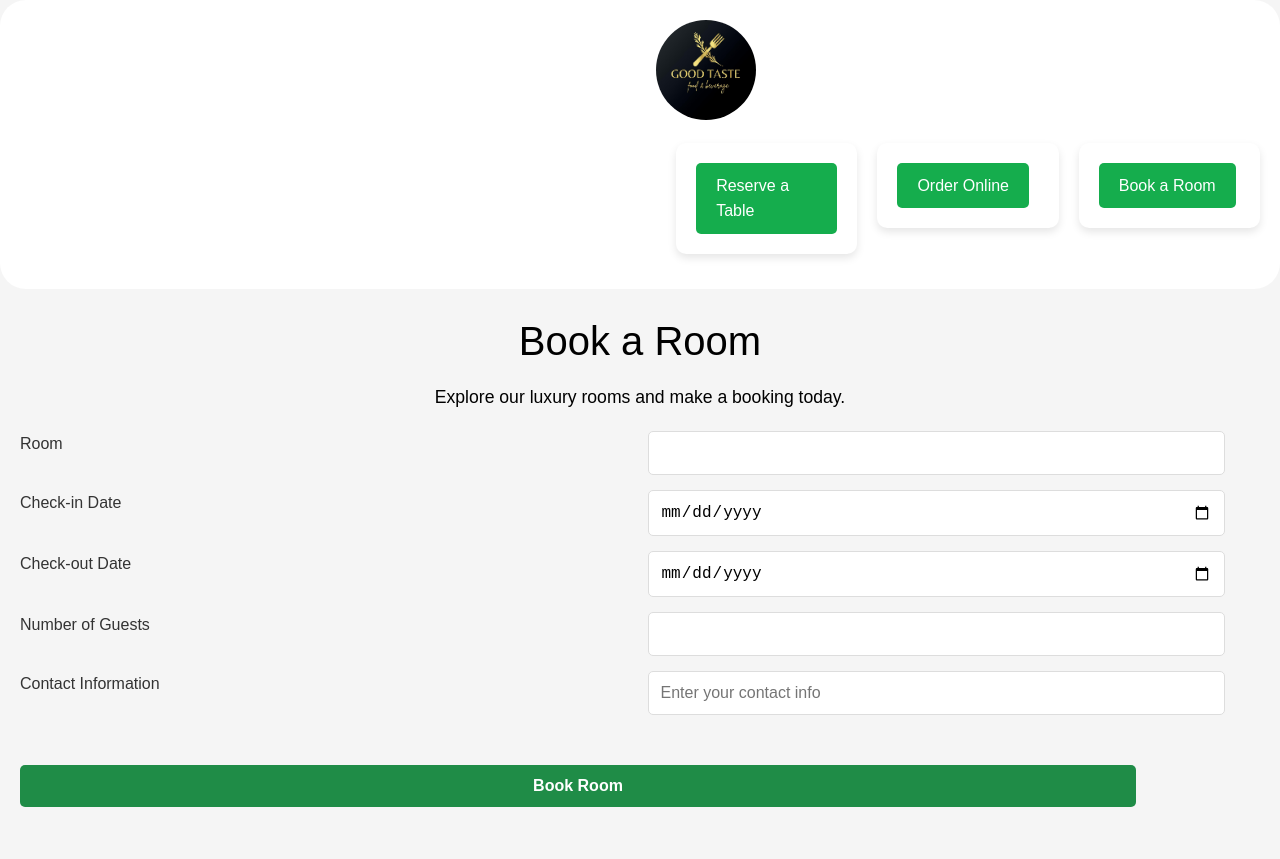
Repository: malingubarnice/Online-Reservation-System
Page: seperate_room.html
The author's editor kept a copy of each file at every save. The page is drawn from the files as they stood at one save, then again after the next save.
The browser window is 1280 px wide. The pictures show the whole page.

Above is the page before, as saved 2025-04-03 18:36:55.
Console error: TypeError: Cannot read properties of null (reading 'addEventListener')

### seperate_room.html
<!DOCTYPE html>
<html lang="en">
<head>
    <meta charset="UTF-8">
    <meta name="viewport" content="width=device-width, initial-scale=1.0">
    <title>Book a Room</title>
    <link rel="stylesheet" href="styles.css"> <!-- Link your existing CSS -->
</head>
<body>
    <header>
        <h1>Book a Room</h1>
        <!-- Navigation Bar -->
     <div class="logo">
      <img src="assets/logo.jpg" alt="Copper Ivy Logo">
        <!-- Features Section -->
  <section class="features">
    <div class="feature">
      <a href="#reservations" class="btn">Reserve a Table</a>
    </div>
    <div class="feature">
      <a href="#menu" class="btn">Order Online</a>
    </div>
    <div class="feature">
      <a href="#rooms" class="btn">Book a Room</a>
    </div>
  </section>

     </div>

  </header>







    <!-- Rooms Section -->
    <section id="rooms">
        <h1>Book a Room</h1>
        <p>Explore our luxury rooms and make a booking today.</p>

        <div class="room-list">
            <!-- Room cards dynamically loaded -->
        </div>

        <!-- Booking Form -->
        <div class="reservation-form">
            <form action="send_room.php" method="post">
                <!-- Hidden input for room ID -->
                <input type="hidden" id="room_id" name="room_id">

                <label for="room-selection">Room</label>
                <input type="text" id="room-selection" name="room_name" readonly>

                <label for="check-in-date">Check-in Date</label>
                <input type="date" id="check-in-date" name="check_in_date" required>

                <label for="check-out-date">Check-out Date</label>
                <input type="date" id="check-out-date" name="check_out_date" required>

                <label for="guest-count">Number of Guests</label>
                <input type="number" id="guest-count" name="guest_count" min="1" required>

                <label for="contact-info">Contact Information</label>
                <input type="text" id="contact-info" name="contact-info" placeholder="Enter your contact info" required>

                <p id="price-display"></p>
                <input type="hidden" id="price" name="price">

                <button type="submit" class="reserve-btn">Book Room</button>
            </form>
        </div>
    </section>

    <script>
        document.addEventListener("DOMContentLoaded", function () {
            let today = new Date().toISOString().split("T")[0];

            // Set min date for reservations
            document.getElementById("check-in-date").setAttribute("min", today);

            // Update checkout date when check-in date is selected
            document.getElementById("check-in-date").addEventListener("change", function () {
                let checkInDate = this.value;
                document.getElementById("check-out-date").setAttribute("min", checkInDate);
            });
        });
    </script>

    <script src="roomjs.js"></script>

</body>
</html>

### styles.css
/* General Reset */
body, h1, h2, p, ul, li, a, button {
    margin: 0;
    padding: 0;
    box-sizing: border-box;
}

/* Body and Layout */
body {
    font-family: 'Arial', sans-serif;
    line-height: 1.6;
    background-color: #f5f5f5;
    color: #333;
}

/* Header */
header {
    display: flex;
    justify-content: space-between;
    align-items: center;
    padding: 20px;
    background: white;
    color: #fff;
    border-bottom: 2px solid #c4ccd4;
    border-radius: 26px;
    border-style: none;
}

header .logo img {
    height: 100px;
    border-radius: 50px;
}

header nav ul {
    display: flex;
    list-style: none;
}

header nav ul li {
    margin-left: 25px;
}

header nav ul li a {
    color: rgb(10, 10, 10);
    text-decoration: none;
    font-size: 25px;
    font-weight: 500;
    transition: color 0.3s;
}

header nav ul li a:hover {
    color: #eb2630;
}




/* Container for Features Section */
.features {
    display: flex;
    justify-content: flex-start;
    align-items: flex-start;
    flex-direction: row;  /* This will place the features next to each other */
    gap: 20px;  /* Adds space between each feature box */
    margin-left: 20px;  /* Adjust the space from the left */
  }

  /* Individual Feature Box */
  .feature {
    background-color: #fff;
    padding: 20px;
    margin-bottom: 15px;
    margin-top: 15px;
    box-shadow: 0 4px 8px rgba(0, 0, 0, 0.1);
    border-radius: 10px;
    flex: 1;  /* Makes each feature box take equal width */
  }

  /* Feature Header */
  .feature h2 {
    font-size: 22px;
    margin-bottom: 10px;
  }

  /* Feature Description */
  .feature p {
    font-size: 16px;
    color: white;
  }

  /* Optional: Adjusting feature links */
  .feature a {
    display: inline-block;
    background-color: #15ad4d;
    color: #fff;
    padding: 10px 20px;
    border-radius: 5px;
    text-decoration: none;
    transition: background-color 0.3s;
  }

  .feature a:hover {
    background-color: #1dd168;
  }




/* Reservations Section */
#reservations {
    padding: 50px 20px;
    background: #fff;
    margin: 20px auto;
    max-width: 900px;
    box-shadow: 0 8px 16px rgba(0, 0, 0, 0.1);
    border-radius: 10px;
}

#reservations h1 {
    font-size: 32px;
    margin-bottom: 20px;
    text-align: center;
    color: #2c3e50;
}

.reservation-form form {
    display: grid;
    grid-template-columns: 1fr 1fr;
    gap: 15px;
    margin-bottom: 30px;
}

.reservation-form label {
    font-size: 16px;
    color: #333;
}

.reservation-form input,
.reservation-form textarea,
.reserve-btn {
    padding: 12px;
    border: 1px solid #ddd;
    border-radius: 5px;
    font-size: 16px;
    transition: border-color 0.3s;
    width: 90%;
}

.reservation-form input:focus,
.reservation-form textarea:focus {
    border-color: #27ae60;
}

.reserve-btn {
    background-color: #1f8c47;
    color: #fff;
    font-weight: bold;
    cursor: pointer;
    border: none;
    transition: background-color 0.3s;
    grid-column: span 2;
}

.reserve-btn:hover {
    background-color: #10e669;
}

/* Table Layout */
.table-layout {
    margin-top: 20px;
    text-align: center;
}

.tables {
    display: grid;
    grid-template-columns: repeat(auto-fill, minmax(100px, 1fr));
    gap: 20px;
}

.tables .table {
    background-color: #ddd;
    padding: 20px;
    text-align: center;
    font-size: 18px;
    border-radius: 8px;
    cursor: pointer;
    transition: transform 0.3s, background-color 0.3s;
}

.tables .table:hover {
    transform: scale(1.1);
    background-color: #27ae60;
    color: #fff;
}




/* Menu Section */
#menu {
    padding: 50px 20px;
    background: #fff;
    margin: 20px auto;
    max-width: 900px;
    box-shadow: 0 8px 16px rgba(0, 0, 0, 0.1);
    border-radius: 10px;
}

.menu-items {
    display: grid;
    grid-template-columns: repeat(auto-fill, minmax(250px, 1fr));
    gap: 20px;
}

.menu-items .menu-item {
    background: #f4f4f4;
    padding: 20px;
    border-radius: 8px;
    box-shadow: 0 4px 8px rgba(0, 0, 0, 0.1);
    text-align: center;
    transition: transform 0.3s;
}

.menu-items .menu-item:hover {
    transform: scale(1.05);
    box-shadow: 0 8px 16px rgba(0, 0, 0, 0.2);
}

.menu-items img {
    max-width: 100%;
    border-radius: 5px;
}

/* Targeting buttons inside the #menu section */
#menu button {
    width: 100%;
    padding: 12px;
    background: #1f8c47;
    color: white;
    font-size: 16px;
    border: none;
    border-radius: 8px;
    cursor: pointer;
    transition: 0.3s;
}

#menu button:hover {
    background: #27ae60;
}


/* Footer */
footer {
    text-align: center;
    padding: 20px;
    background-color: whitesmoke;
    color: #fff;
    margin-top: 50px;
}

/* Responsive Design */
@media (max-width: 768px) {
    .features {
        flex-direction: column;
        align-items: center;
    }

    .feature {
        width: 100%;
        margin-bottom: 30px;
    }

    .reservation-form {
        grid-template-columns: 1fr;
    }

    .tables {
        grid-template-columns: 1fr 1fr;
    }

    .menu-items {
        grid-template-columns: 1fr 1fr;
    }
}

@media (max-width: 480px) {
    header {
        flex-direction: column;
        align-items: flex-start;
    }

    header nav ul {
        flex-direction: column;
        gap: 10px;
    }

    .hero h1 {
        font-size: 28px;
    }

    .hero p {
        font-size: 18px;
    }
}

/* Style for available tables */
.table {
    padding: 10px;
    margin: 10px;
    border: 1px solid #ccc;
    cursor: pointer;
    display: inline-block;
}

/* Highlight the selected table */
.table.selected {
    background-color: #4CAF50; /* Green background */
    color: white;
    border: 2px solid #fff;
}

/*stying order online section*/
#order-online {
    padding: 2rem;
}

.menu-item {
    border: 1px solid #ddd;
    margin: 1rem;
    padding: 1rem;
    text-align: center;
}
.order-form {
    margin-top: 2rem;
}
.order-total {
    font-weight: bold;
    margin-top: 1rem;
}


/*styling rooms*/
/* General styling for the Rooms Section */
#rooms {
    font-family: Arial, sans-serif;
    padding: 20px;
    background-color: #f5f5f5;
}

#rooms h1 {
    text-align: center;
    color: #333;
    font-size: 2.5rem;
    margin-bottom: 10px;
}

#rooms p {
    text-align: center;
    font-size: 1.1rem;
    color: #666;
    margin-bottom: 20px;
}

/* Room Listings */
.room-listings {
    display: grid;
    grid-template-columns: repeat(auto-fill, minmax(250px, 1fr));
    gap: 20px;
    margin-bottom: 30px;
}

.room-card {
    background-color: white;
    border-radius: 8px;
    box-shadow: 0 4px 6px rgba(0, 0, 0, 0.1);
    padding: 15px;
    text-align: center;
    transition: transform 0.3s ease-in-out;
}

.room-card:hover {
    transform: translateY(-5px);
}

.room-card img {
    width: 100%;
    height: 180px;
    object-fit: cover;
    border-radius: 8px;
}

.room-card h3 {
    font-size: 1.5rem;
    color: #333;
    margin: 15px 0;
}

.room-card p {
    font-size: 1.1rem;
    color: #777;
}

.room-card .price {
    font-size: 1.2rem;
    font-weight: bold;
    color: #1f8c47;
    margin-top: 10px;
}

.room-card button {
    background-color: #1f8c47;
    color: white;
    padding: 10px 15px;
    font-size: 1rem;
    border: none;
    border-radius: 5px;
    cursor: pointer;
    transition: background-color 0.3s;
}

.room-card button:hover {
    background-color: #27ae60;
}


/* New class for hiding the form */
.booking-form.hidden {
    display: none;
}

/* Booking Form Styling */
.booking-form {
    background-color: white;
    padding: 20px;
    border-radius: 8px;
    box-shadow: 0 4px 6px rgba(0, 0, 0, 0.1);
    width: 70%;
    max-width: 600px;
    margin: 0 auto;
}

.booking-form h2 {
    text-align: center;
    color: #333;
    font-size: 2rem;
    margin-bottom: 15px;
}

.booking-form form {
    display: flex;
    flex-direction: column;
    gap: 15px;
}

.booking-form label {
    font-size: 1.1rem;
    color: #333;
}

.booking-form select,
.booking-form input {
    padding: 10px;
    font-size: 1rem;
    border: 1px solid #ccc;
    border-radius: 5px;
    width: 100%;
}

.booking-form button {
    background-color: #1f8c47;
    color: white;
    padding: 12px 20px;
    font-size: 1.1rem;
    border: none;
    border-radius: 5px;
    cursor: pointer;
    transition: background-color 0.3s;
}

.booking-form button:hover {
    background-color: #27ae60;
}

/* Confirmation Message */
#confirmation-message {
    font-size: 1.2rem;
    color: #333;
    margin-top: 20px;
    text-align: center;
    display: none; /* Hidden initially */
}

#confirmation-message.success {
    color: #4caf50;
}

#confirmation-message.error {
    color: #f44336;
}



/* Container for styling the rooms */
.room-list {
    display: flex;
    flex-wrap: wrap; /* Allows room cards to wrap to the next line when necessary */
    justify-content: center; /* Centers the room cards horizontally */
    gap: 20px; /* Adds space between cards */
    max-width: 80%; /* Makes the container occupy 80% of the page */
    margin: 0 auto; /* Centers the container horizontally */
}

/* Individual room card */
.room-card {
    width: 30%; /* Makes each card take up about 30% of the container's width */
    max-width: 300px; /* Optional: Set a max width for the cards */
    margin: 10px;
    padding: 15px;
    text-align: center;
    box-shadow: 0 4px 8px rgba(0, 0, 0, 0.1);
    background-color: #fff;
    border-radius: 10px;
    box-sizing: border-box;
}

/* Image inside room card */
.room-card img {
    width: 100%; /* Ensures the image stretches across the container */
    height: auto; /* Keeps aspect ratio intact */
    object-fit: contain; /* Ensures the full image is visible */
}

@media (max-width: 768px) {
    .room-card {
        width: 100%; /* Makes room cards stack on smaller screens */
    }
}

/* Target the specific booking room section and make the font weight lighter */
#rooms {
    color: black; /* Keeps the text color black */
    font-weight: lighter; /* Makes the font weight lighter */
}

/* Target the room cards within the booking room section */
#rooms .room-card {
    color: black; /* Ensures room card text is black */
    font-weight: lighter; /* Makes the room card text lighter */
}

/* You can also target specific elements like titles and descriptions, if necessary */
#rooms h1, #rooms p, #rooms .room-name, #rooms .room-description {
    color: black; /* Sets the text to black */
    font-weight: lighter; /* Reduces the font weight */
}

### roomjs.js
document.addEventListener('DOMContentLoaded', function () {
    // Fetch room data and display rooms dynamically
    fetch('get_room.php')
      .then(response => response.json())
      .then(data => {
        if (Array.isArray(data)) {
          displayRooms(data);
        } else {
          console.error('Error fetching rooms:', data.message);
        }
      })
      .catch(error => console.error('Error fetching room data:', error));
});

// Function to display room cards
function displayRooms(rooms) {
    const roomListContainer = document.querySelector('.room-list');
    roomListContainer.innerHTML = ""; // Clear previous content

    rooms.forEach(room => {
        const roomHTML = `
            <div class="room-card">
                <img src="${room.image_url}" alt="${room.room_name}" style="width: 100%; height: 200px; object-fit: cover;">
                <h2>${room.room_name}</h2>
                <p>Type: ${room.room_type}</p>
                <p>Capacity: ${room.capacity} guests</p>
                <p>${room.description}</p>
                <p>Price: KSh ${room.price_per_night.toLocaleString()}</p>
                <button onclick="selectRoom(${room.room_id}, '${room.room_name}', ${room.price_per_night})">Book Now</button>
            </div>
        `;
        roomListContainer.innerHTML += roomHTML;
    });
}

// Function to select a room for booking
function selectRoom(roomId, roomName, price) {
    console.log(`Room selected: ${roomName} (ID: ${roomId})`);

    document.getElementById('room-selection').value = roomName;
    document.getElementById('room_id').value = roomId;
    document.getElementById('price').textContent = `KSh ${price.toLocaleString()}`;
    document.querySelector('.reservation-form').style.display = 'block'; // Show the booking form
}

// Handle form submission for room booking
document.getElementById('room-booking-form').addEventListener('submit', function (event) {
    event.preventDefault(); // Prevent the form from reloading the page

    const roomId = document.getElementById('room_id').value;
    const checkInDate = document.getElementById('check-in-date').value;
    const checkOutDate = document.getElementById('check-out-date').value;
    const guestCount = document.getElementById('guest-count').value;
    const contactInfo = document.getElementById('contact-info').value;

    const today = new Date();
    const checkIn = new Date(checkInDate);
    const checkOut = new Date(checkOutDate);

    today.setHours(0, 0, 0, 0);
    checkIn.setHours(0, 0, 0, 0);
    checkOut.setHours(0, 0, 0, 0);

    // Check for invalid dates
    if (checkIn < today) {
        alert("Check-in date cannot be in the past.");
        return;
    }

    if (checkIn >= checkOut) {
        alert("Check-out date must be after check-in date.");
        return;
    }

    // Submit booking data via fetch
    fetch('book_room.php', {
        method: 'POST',
        body: JSON.stringify({
            room_id: roomId,
            check_in_date: checkInDate,
            check_out_date: checkOutDate,
            guest_count: guestCount,
            contact_info: contactInfo
        }),
        headers: {
            'Content-Type': 'application/json'
        }
    })
    .then(response => response.json())
    .then(data => {
        if (data.status === 'success') {
            alert('Booking confirmed! Email sent.');
            // Optionally, redirect to a confirmation page or reload
            window.location.href = "confirmation.php";
        } else {
            alert('Error: ' + data.message);
        }
    })
    .catch(error => console.error('Error:', error));
});

After the next save:
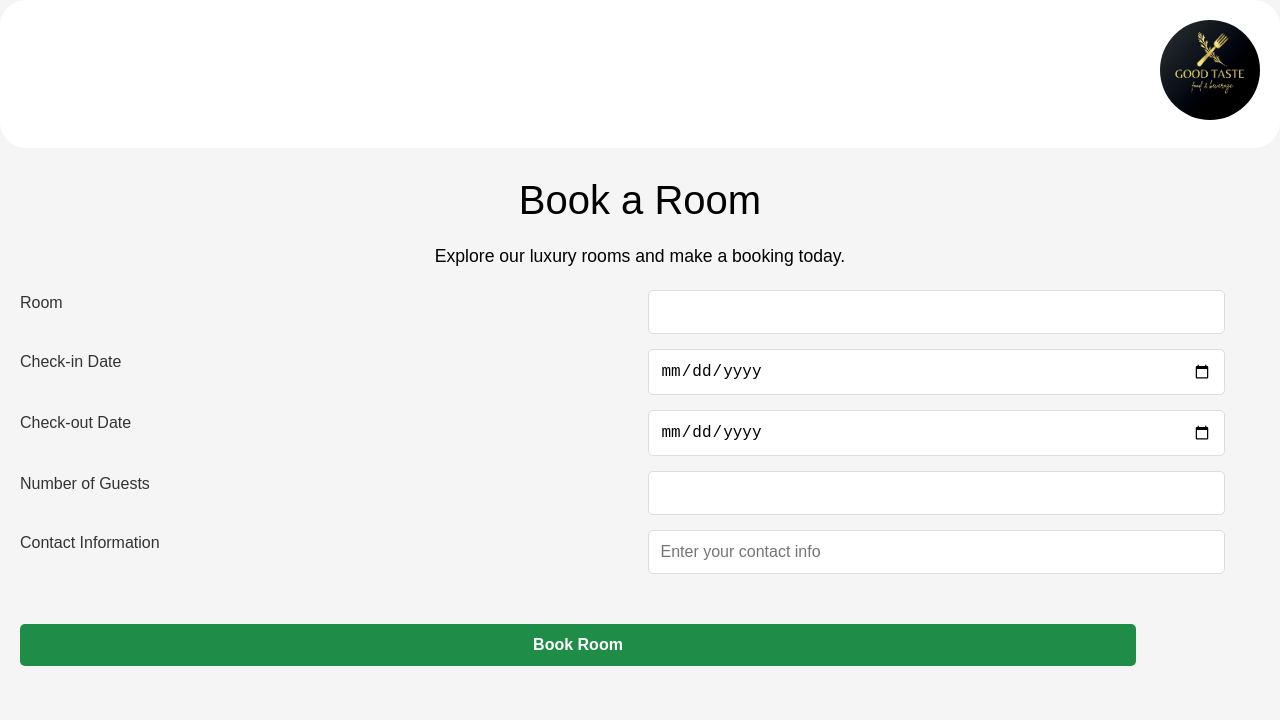
Saved 16 s later.
--- a/seperate_room.html
+++ b/seperate_room.html
@@ -12,18 +12,6 @@
         <!-- Navigation Bar -->
      <div class="logo">
       <img src="assets/logo.jpg" alt="Copper Ivy Logo">
-        <!-- Features Section -->
-  <section class="features">
-    <div class="feature">
-      <a href="#reservations" class="btn">Reserve a Table</a>
-    </div>
-    <div class="feature">
-      <a href="#menu" class="btn">Order Online</a>
-    </div>
-    <div class="feature">
-      <a href="#rooms" class="btn">Book a Room</a>
-    </div>
-  </section>
 
      </div>
 
